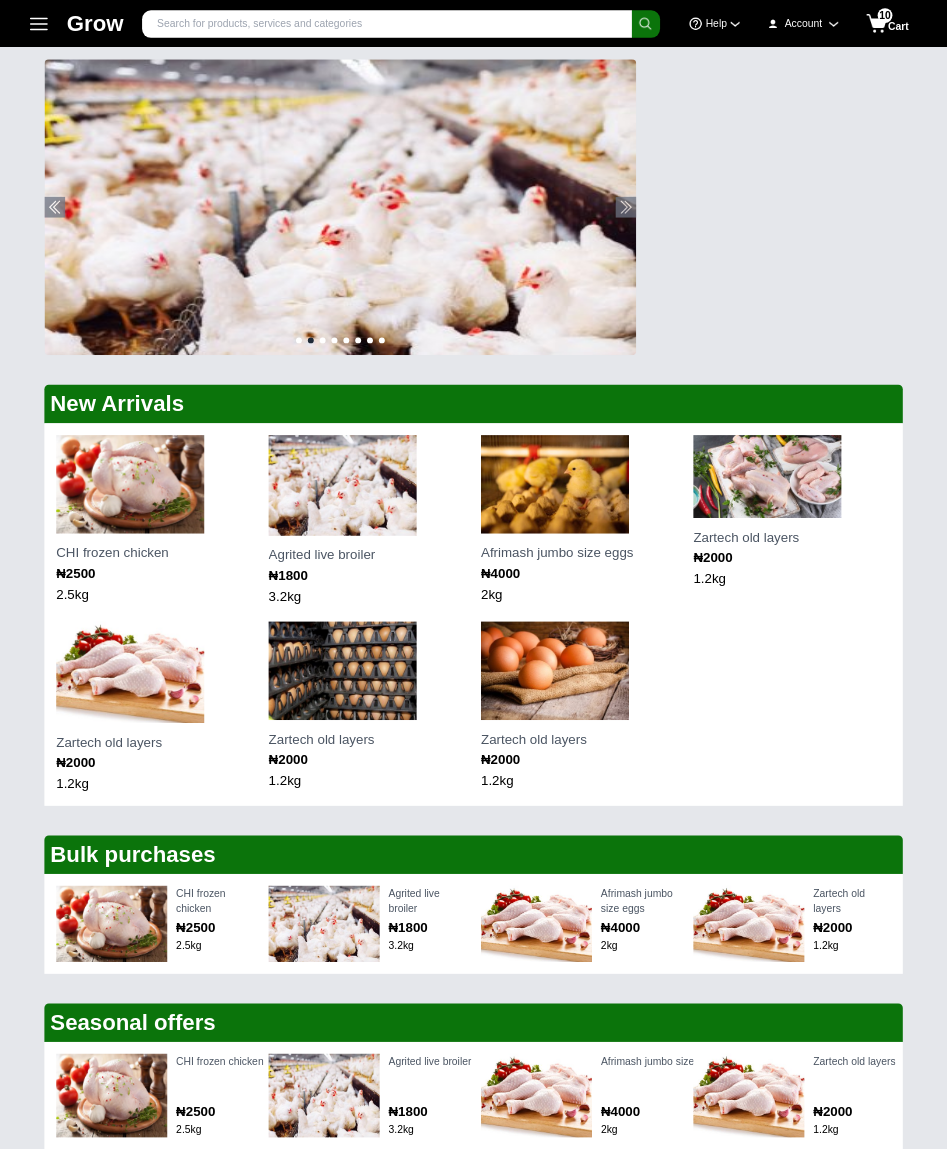
Repository: IssaMuiz/ifarmstock
Page: /
These files come from the project's save history. The page is drawn as it stood at one moment and after the next save; the edit follows.
The browser window is 1280 px wide. The pictures show the whole page, at 74% of full size.
The project was rebuilt for these pictures with package versions that can differ from the ones it lists, and the page was loaded fresh each time. The framework's server and built-in components were replaced by stand-ins that run in the browser. Also part of the build but not shown: next.config.mjs.

Above is the page before, as saved 2024-08-31 06:39:18.

### app/layout.tsx
import "@/styles/globals.css";

export const metadata = {
  title: "Grow",
  description: "Livestock farming e-commerce application",
};

export default function RootLayout({
  children,
}: {
  children: React.ReactNode;
}) {
  return (
    <html lang="en">
      <body className="bg-gray-200 h-screen w-auto mx-10">
        <section>{children}</section>
      </body>
    </html>
  );
}

### app/page.tsx
"use client";

import ProductSlider from "@/components/productSlider";
import ClientLayout from "@/components/clientLayout";
import NewArrivalsCards from "@/components/newArrivalsCards";
import BulkPurchasesCards from "@/components/bulkPurchasesCards";
import SeasonalCards from "@/components/seasonalCards";

const Home = () => {
  return (
    <ClientLayout>
      <div className="pt-20 mx-5">
        <div>
          <ProductSlider />

          <div className="bgColor text w-full h-auto mt-10 text-3xl p-2 rounded-t-md font-semibold">
            New Arrivals
          </div>
          <NewArrivalsCards />
          <div className="bgColor text w-full h-auto mt-10 text-3xl p-2 rounded-t-md font-semibold">
            Bulk purchases
          </div>
          <BulkPurchasesCards />
          <div className="bgColor text w-full h-auto mt-10 text-3xl p-2 rounded-t-md font-semibold">
            Seasonal offers
          </div>
          <SeasonalCards />
        </div>
      </div>
    </ClientLayout>
  );
};

export default Home;

### styles/globals.css
@tailwind base;
@tailwind components;
@tailwind utilities;

.scrollbar {
  scrollbar-width: thin;
  scrollbar-color: gray #313131;
}

.bgColor {
  background-color: rgb(11, 116, 11);
}

.text {
  color: white;
}

body {
  font-family: Arial, Helvetica, sans-serif;
  font-size: 14px;
}

### components/productSlider.tsx
"use client";
import Image from "next/image";
import { useEffect, useState } from "react";

const ProductSlider = () => {
  const images = [
    "/assets/images/poultry-image1-slider.jpg",
    "/assets/images/poultry-image2-slider.jpg",
    "/assets/images/poultry-image3-slider.jpg",
    "/assets/images/poultry-image4-slider.jpg",
    "/assets/images/poultry-image5-slider.jpg",
    "/assets/images/poultry-image6-slider.jpg",
    "/assets/images/poultry-image7-slider.jpg",
    "/assets/images/catfish-image1-slider.jpg",
  ];

  const [index, setIndex] = useState(0);

  const handleSliceNext = () => {
    setIndex((index + 1) % images.length);
  };
  const handleSlicePrev = () => {
    setIndex((index - 1) % images.length);
  };

  const handleIndicatorClick = (i: number) => {
    setIndex(i);
  };

  useEffect(() => {
    const intervalId = setInterval(() => {
      handleSliceNext();
    }, 5000);
    return () => clearInterval(intervalId);
  }, [index]);
  return (
    <div className="relative w-[800px] overflow-hidden">
      <div
        className="flex transition-transform duration-500 ease-in-out"
        style={{ transform: `translateX(-${index * 100}%)` }}
      >
        {images.map((image, i) => (
          <div key={i} className="min-w-full">
            <Image
              className="h-[400px] rounded-md"
              src={image}
              alt={`Slide ${i + 1}`}
              width={800}
              height={200}
            />
          </div>
        ))}
      </div>
      <button
        type="button"
        onClick={handleSlicePrev}
        className="absolute left-0 top-1/2 tranform -translate-y-1/2 bg-gray-500 text-white px-1 py-1 opacity-75 hover:opacity-100 transition-opacity"
      >
        <Image
          className=""
          src="/assets/icons/arrow-left.png"
          alt="arrow-right-icon"
          width={20}
          height={20}
        />
      </button>
      <button
        type="button"
        onClick={handleSliceNext}
        className="absolute right-0 top-1/2 tranform -translate-y-1/2 bg-gray-500 text-white px-1 py-1 opacity-75 hover:opacity-100 transition-opacity"
      >
        <Image
          className=""
          src="/assets/icons/right-arrow.png"
          alt="arrow-right-icon"
          width={20}
          height={20}
        />
      </button>
      <div className="absolute bottom-4 left-0 right-0 flex justify-center space-x-2">
        {images.map((_, i) => (
          <button
            key={i}
            onClick={() => handleIndicatorClick(i)}
            className={`w-2 h-2 rounded-full ${
              index === i ? "bg-gray-800" : "bg-white"
            }`}
          />
        ))}
      </div>
    </div>
  );
};

export default ProductSlider;

### components/clientLayout.tsx
"use client";
import Navbar from "@/components/navbar";
import Sidenav from "@/components/sidenav";
import { useState, createContext } from "react";

export const SidebarContext = createContext({
  isOpen: false,
  toggleSidebar: () => {},
});

const ClientLayout = ({ children }: { children: React.ReactNode }) => {
  const [isOpen, setIsOpen] = useState(false);

  const toggleSidebar = () => {
    setIsOpen((prev) => !prev);
  };
  return (
    <SidebarContext.Provider value={{ isOpen, toggleSidebar }}>
      <Navbar />
      <Sidenav />
      <div
        className={`fixed inset-0 bg-black transition-opacity duration-300 ease-in-out z-10 ${
          isOpen
            ? "opacity-70 pointer-events-auto"
            : "opacity-0 pointer-events-none"
        }`}
        onClick={toggleSidebar}
      ></div>
      <section
        className={`relative z-0 transition-all duration-300 ease-in-out `}
      >
        {children}
      </section>
    </SidebarContext.Provider>
  );
};

export default ClientLayout;

### components/newArrivalsCards.tsx
import Image from "next/image";
import newArrivalsCards from "../models/newArrivalsCards.json";
const NewArrivalsCards = () => {
  return (
    <div className="bg-white h-auto p-4">
      <div className="grid grid-cols-4 gap-5">
        {newArrivalsCards.map((product, index) => (
          <div key={index} className="flex flex-col gap-3 h-full w-full">
            <Image src={product.image} alt="poultry" width={200} height={150} />
            <div className="text-lg overflow-hidden">
              <p className="text-gray-600 line-clamp-2">{product.name}</p>
              <p className="font-semibold text-lg">&#8358;{product.Price}</p>
              <p>{product.weight}</p>
            </div>
          </div>
        ))}
      </div>
    </div>
  );
};

export default NewArrivalsCards;

### components/bulkPurchasesCards.tsx
import Image from "next/image";
import bulkPurchasesCards from "@/models/bulkPurchasesCards.json";
const BulkPurchasesCard = () => {
  return (
    <div className="bg-white h-auto p-4">
      <div className="grid grid-cols-4 gap-5">
        {bulkPurchasesCards.map((product, index) => (
          <div key={index} className="flex gap-3">
            <Image src={product.image} alt="poultry" width={150} height={150} />
            <div className="text-md">
              <p content="" className="text-gray-600">
                {product.name}
              </p>
              <p className="font-semibold text-lg">&#8358;{product.Price}</p>
              <p>{product.weight}</p>
            </div>
          </div>
        ))}
      </div>
    </div>
  );
};

export default BulkPurchasesCard;

### components/seasonalCards.tsx
import Image from "next/image";
import seasonalCards from "@/models/seasonalCards.json";
const SeasonalCards = () => {
  return (
    <div className="bg-white h-auto p-4">
      <div className="grid grid-cols-4 gap-5">
        {seasonalCards.map((product, index) => (
          <div key={index} className="flex gap-3">
            <Image src={product.image} alt="poultry" width={150} height={150} />
            <div className="text-md">
              <p content="" className="text-gray-600 h-16 truncate">
                {product.name}
              </p>
              <p className="font-semibold text-lg">&#8358;{product.Price}</p>
              <p>{product.weight}</p>
            </div>
          </div>
        ))}
      </div>
    </div>
  );
};

export default SeasonalCards;

### components/navbar.tsx
"use client";
import Image from "next/image";
import { useContext } from "react";
import { SidebarContext } from "./clientLayout";
const Navbar = () => {
  const { toggleSidebar } = useContext(SidebarContext);
  return (
    <nav className="fixed bg-black text w-full h-16 flex items-center justify-between top-0 left-0 right-0 px-10 z-10">
      <button onClick={toggleSidebar}>
        <svg
          className="fill-white hover:fill-[green] cursor-pointer"
          xmlns="http://www.w3.org/2000/svg"
          viewBox="0 0 50 50"
          width="25px"
          height="25px"
        >
          <path d="M 3 8 A 2.0002 2.0002 0 1 0 3 12 L 47 12 A 2.0002 2.0002 0 1 0 47 8 L 3 8 z M 3 23 A 2.0002 2.0002 0 1 0 3 27 L 47 27 A 2.0002 2.0002 0 1 0 47 23 L 3 23 z M 3 38 A 2.0002 2.0002 0 1 0 3 42 L 47 42 A 2.0002 2.0002 0 1 0 47 38 L 3 38 z" />
        </svg>
      </button>
      <div className="Leftnav text text-3xl font-semibold cursor-pointer ml-5">
        Grow
      </div>
      <div className="Middlenav flex flex-1 mx-5 max-w-[700px] items-center">
        <input
          className=" px-5 py-2 w-full rounded-l-xl text-black outline-none"
          type="text"
          placeholder="Search for products, services and categories"
        />
        <div className="h-[37px] w-10 bgColor pt-2 pl-2 rounded-r-xl cursor-pointer">
          <Image
            className=""
            src="/assets/icons/search.png"
            alt="search-icon"
            width={20}
            height={20}
          />
        </div>
      </div>
      <div className="Rightnav flex items-center justify-between gap-3">
        <div className="flex items-center gap-1 cursor-pointer rounded-md p-3 hover:bg-[green]">
          <Image
            src="/assets/icons/help.png"
            alt="help-icon"
            width={20}
            height={20}
          />
          <p className="">Help</p>
          <Image
            src="/assets/icons/arrow-down.png"
            alt="help-icon"
            width={15}
            height={15}
          />
        </div>
        <div className="flex items-center gap-2  cursor-pointer rounded-md p-3 hover:bg-[green]">
          <Image
            src="/assets/icons/account.png"
            alt="help-icon"
            width={15}
            height={15}
          />
          <p>Account</p>
          <Image
            src="/assets/icons/arrow-down.png"
            alt="help-icon"
            width={15}
            height={15}
          />
        </div>
        <div className="flex relative cursor-pointer p-3 hover:bg-[green] rounded-md">
          <Image
            src="/assets/icons/cart.png"
            alt="cart-icon"
            width={30}
            height={20}
          />
          <p className="bg-white h-5 w-5 rounded-full text-black absolute left-7 bottom-7 text-center font-semibold">
            10
          </p>
          <p className="font-semibold mt-2 ">Cart</p>
        </div>
      </div>
    </nav>
  );
};

export default Navbar;

### components/sidenav.tsx
"use client";
import Image from "next/image";
import Link from "next/link";
import { useState } from "react";
import { useContext } from "react";
import { SidebarContext } from "./clientLayout";
const Sidenav = () => {
  const [categories, setCategories] = useState([
    {
      id: "1",
      name: "Broiler",
      expanded: false,
      arrowIcon: "/assets/icons/arrow-icon--right.png",
      dropdownlink: [
        { name: "Day Old Chicks", link: "/" },
        { name: "Matured Broilers", link: "/" },
        { name: "Frozen Chicken", link: "/" },
      ],
    },
    {
      id: "2",
      name: "Layers",
      expanded: false,
      arrowIcon: "/assets/icons/arrow-icon--right.png",
      dropdownlink: [
        { name: "Pullet", link: "/" },
        { name: "Point Of Lay", link: "/" },
        { name: "Old Layers", link: "/" },
      ],
    },
    {
      id: "3",
      name: "Catfish",
      expanded: false,

      arrowIcon: "/assets/icons/arrow-icon--right.png",
      dropdownlink: [
        { name: "Fingerlings/Juvenile", link: "/" },
        { name: "Matured Catfish", link: "/" },
        { name: "Smoked Catfish", link: "/" },
      ],
    },
    {
      id: "4",
      name: "Poultry-Eggs",
      expanded: false,

      arrowIcon: "/assets/icons/arrow-icon--right.png",
      dropdownlink: [
        { name: "Jumbo-size", link: "/" },
        { name: "Small-size", link: "/" },
        { name: "packaged-eggs", link: "/" },
      ],
    },
  ]);

  const handleDropdown = (id: string) => {
    setCategories((prev) =>
      prev.map((category) =>
        category.id === id
          ? { ...category, expanded: !category.expanded }
          : category
      )
    );
  };

  const { isOpen } = useContext(SidebarContext);
  return (
    <nav
      className={`fixed overflow-x-hidden scrollbar h-screen overflow-scroll z-20 left-0 top-0 bottom-0 w-[300px] transform transition-transform duration-300  bg-gray-100 ${
        isOpen ? "translate-x-0" : "-translate-x-full"
      }`}
    >
      <div className="bgColor h-14 flex items-center text text-2xl pl-5 font-semibold gap-3">
        <Image
          src="/assets/icons/account.png"
          alt="profile-icon"
          height={25}
          width={25}
        />
        <p>Hello User</p>
      </div>
      <div className=" ">
        {categories.map((category) => (
          <div onClick={() => handleDropdown(category.id)} key={category.id}>
            <div className="text-lg flex justify-between items-center font-semibold hover:bg-gray-300 mt-5 p-2 cursor-pointer">
              <div>{category.name}</div>

              <Image
                className={`${
                  category.expanded &&
                  "rotate-90 duration-300 transition-transform"
                } h-4 w-4`}
                src={category.arrowIcon}
                alt="arrow-icon"
                width={3}
                height={3}
              />
            </div>

            <div>
              {category.expanded && (
                <div>
                  {category.dropdownlink.map((dropdown, index) => (
                    <div className="hover:bg-gray-300" key={index}>
                      <Link href={dropdown.link}>
                        <div className="p-3 text-md ">{dropdown.name}</div>
                      </Link>
                    </div>
                  ))}
                </div>
              )}
            </div>
          </div>
        ))}
      </div>
    </nav>
  );
};

export default Sidenav;

### models/newArrivalsCards.json
[
  {
    "image": "/assets/images/poultry-image1-slider.jpg",
    "name": "CHI frozen chicken",
    "Price": "2500",
    "weight": "2.5kg"
  },
  {
    "image": "/assets/images/poultry-image2-slider.jpg",
    "name": "Agrited live broiler",
    "Price": "1800",
    "weight": "3.2kg"
  },
  {
    "image": "/assets/images/poultry-image3-slider.jpg",
    "name": "Afrimash jumbo size eggs",
    "Price": "4000",
    "weight": "2kg"
  },
  {
    "image": "/assets/images/poultry-image4-slider.jpg",
    "name": "Zartech old layers",
    "Price": "2000",
    "weight": "1.2kg"
  },
  {
    "image": "/assets/images/poultry-image5-slider.jpg",
    "name": "Zartech old layers",
    "Price": "2000",
    "weight": "1.2kg"
  },
  {
    "image": "/assets/images/poultry-image7-slider.jpg",
    "name": "Zartech old layers",
    "Price": "2000",
    "weight": "1.2kg"
  },
  {
    "image": "/assets/images/poultry-image6-slider.jpg",
    "name": "Zartech old layers",
    "Price": "2000",
    "weight": "1.2kg"
  }
]

### models/bulkPurchasesCards.json
[
  {
    "image": "/assets/images/poultry-image1-slider.jpg",
    "name": "CHI frozen chicken",
    "Price": "2500",
    "weight": "2.5kg"
  },
  {
    "image": "/assets/images/poultry-image2-slider.jpg",
    "name": "Agrited live broiler",
    "Price": "1800",
    "weight": "3.2kg"
  },
  {
    "image": "/assets/images/poultry-image5-slider.jpg",
    "name": "Afrimash jumbo size eggs",
    "Price": "4000",
    "weight": "2kg"
  },
  {
    "image": "/assets/images/poultry-image5-slider.jpg",
    "name": "Zartech old layers",
    "Price": "2000",
    "weight": "1.2kg"
  }
]

### models/seasonalCards.json
[
  {
    "image": "/assets/images/poultry-image1-slider.jpg",
    "name": "CHI frozen chicken",
    "Price": "2500",
    "weight": "2.5kg"
  },
  {
    "image": "/assets/images/poultry-image2-slider.jpg",
    "name": "Agrited live broiler",
    "Price": "1800",
    "weight": "3.2kg"
  },
  {
    "image": "/assets/images/poultry-image5-slider.jpg",
    "name": "Afrimash jumbo size eggs",
    "Price": "4000",
    "weight": "2kg"
  },
  {
    "image": "/assets/images/poultry-image5-slider.jpg",
    "name": "Zartech old layers",
    "Price": "2000",
    "weight": "1.2kg"
  }
]

Loaded but not shown: tailwind.config.ts (common file)

After the next save:
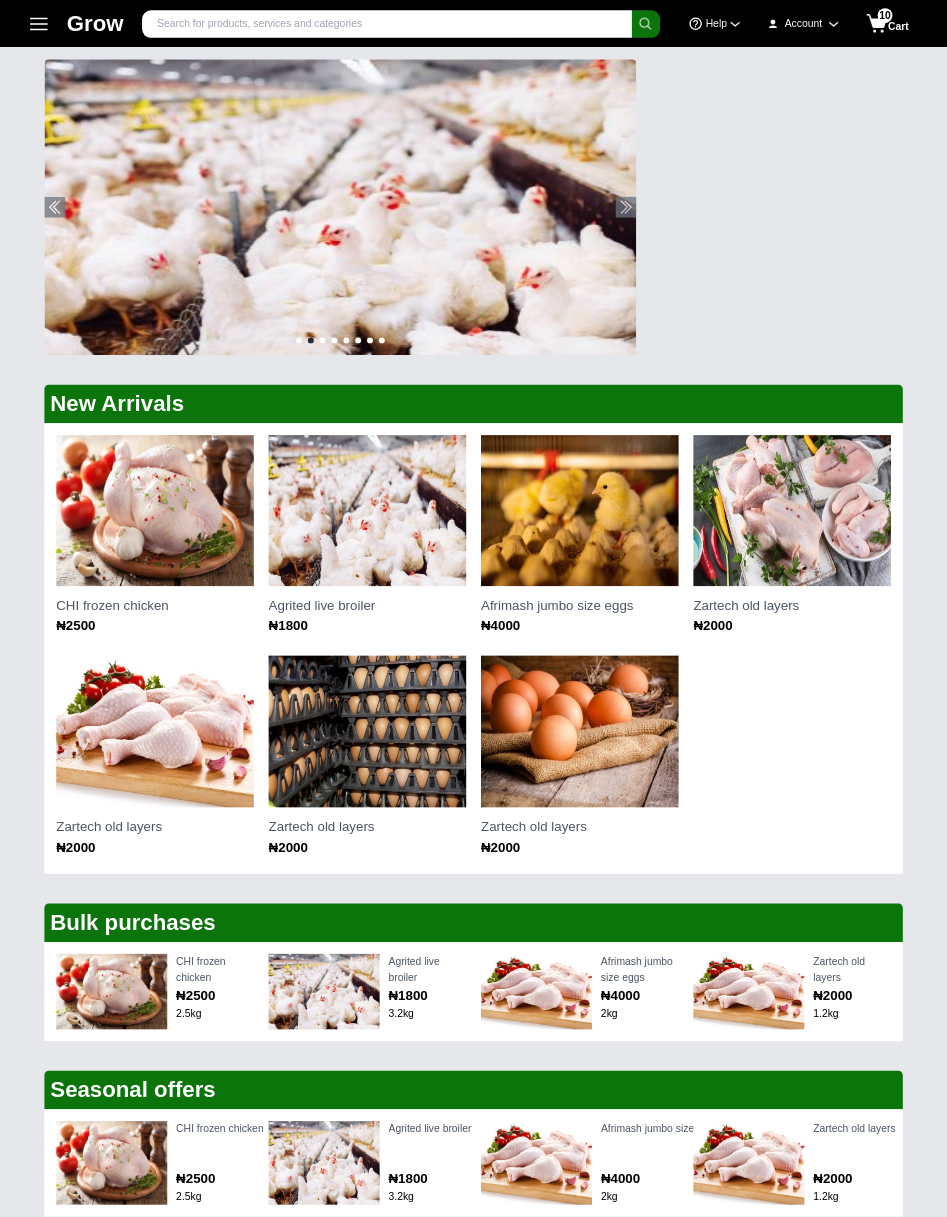
Saved 74 s later.
--- a/components/newArrivalsCards.tsx
+++ b/components/newArrivalsCards.tsx
@@ -5,8 +5,14 @@ const NewArrivalsCards = () => {
     <div className="bg-white h-auto p-4">
       <div className="grid grid-cols-4 gap-5">
         {newArrivalsCards.map((product, index) => (
-          <div key={index} className="flex flex-col gap-3 h-full w-full">
-            <Image src={product.image} alt="poultry" width={200} height={150} />
+          <div key={index} className="flex flex-col gap-3 ">
+            <Image
+              src={product.image}
+              alt="poultry"
+              width={200}
+              height={150}
+              className="h-full w-full"
+            />
             <div className="text-lg overflow-hidden">
               <p className="text-gray-600 line-clamp-2">{product.name}</p>
               <p className="font-semibold text-lg">&#8358;{product.Price}</p>
